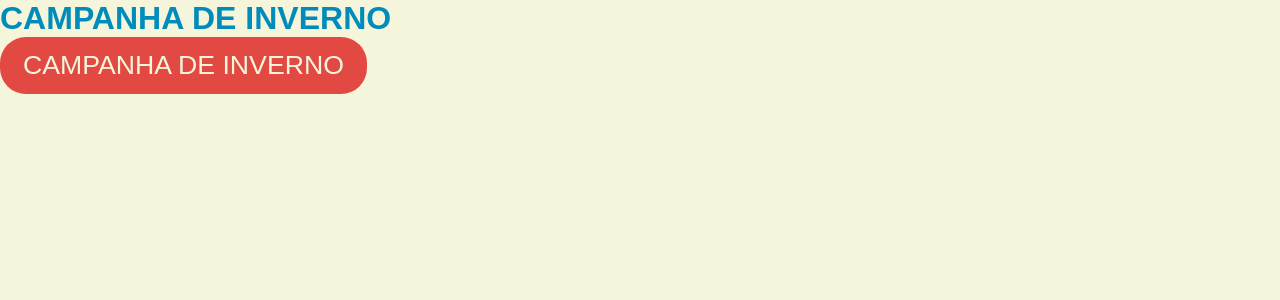
Repository: adrtrvs/qrcodeong
Page: campaignall.html
The author's editor kept a copy of each file at every save. The page is drawn from the files as they stood at one save, then again after the next save.
The browser window is 1280 px wide. The pictures show the whole page.
Some web fonts or font styles are not loaded; a fallback is used.

Above is the page before, as saved 2023-05-26 09:47:19.

### campaignall.html
<!DOCTYPE html>
<html lang="pt-br">
  <head>
    <meta charset="UTF-8" />
    <meta http-equiv="X-UA-Compatible" content="IE=edge" />
    <meta name="viewport" content="width=device-width, initial-scale=1.0" />
    <link
      href="./files/logofavifinal.jpeg"
      rel="shortcut icon"
      type="image/x-icon"
    />
    <link rel="stylesheet" href="style.css" />
    <title>Campanha de inverno</title>
  </head>
  <body>
    <h1>Campanha de inverno</h1>
    <button class="campaignbutton">
      <a href="#" target="_blank">Campanha de Inverno</a>
  </body>
</html>

### style.css
@import url('https://fonts.googleapis.com/css2?family=Courgette&display=swap');
@import url('https://fonts.googleapis.com/css2?family=Indie+Flower&display=swap');
@import url('https://fonts.googleapis.com/css2?family=Cuprum:wght@500&display=swap');
* {
  padding: 0;
  margin: 0;
}
@keyframes animate {
  0% {
    opacity: 0;
  }

  50% {
    opacity: 1;
  }

  100% {
    opacity: 0;
  }
}

body {
  background-color: #f5f5dc;
  background-repeat: no-repeat;
  background-size: cover;
  width: 100%;
}

header img {
  width: 100%;
}

header p {
  color: black;
  text-align: center;
  font-size: 18px;
  margin: 10px;
  font-family: 'Cuprum', sans-serif;
}

/*FONTES*/

h1,
h2,
h3 {
  color: #008cba;
  text-transform: uppercase;
  font-family: 'Cuprum', sans-serif;
}

/* MENU INDEX */

.menu h2 {
  background-color: #008cba;
  text-align: center;
  font-size: 18px;
  margin: 5px;
  padding: 5px;
  color: whitesmoke;
  font-family: 'Cuprum', sans-serif;
}

.menu h3 {
  font-size: 16px;
  margin-bottom: 5px;
  font-family: 'Cuprum', sans-serif;
}

/* LISTA INDEX */

ul li {
  display: flex;
  justify-content: space-between;
  padding: 16px;
  border-bottom: 1px solid rgba(0, 0, 0, 0.1);
}

/* PARAGRAFOS INDEX*/

.details {
  padding: 5px;
  color: #008cba;
  font-family: 'Cuprum', sans-serif;
}

/*BOTAO INDEX*/

._link {
  background-color: #008cba;
  border: none;
  padding: 13px 23px;
  border-radius: 26px;
  align-self: flex-start;
}

.submenu button a {
  text-decoration: none;
  font-size: 14px;
  color: whitesmoke;
  white-space: nowrap;
  font-family: 'Cuprum', sans-serif;
}

._link:hover {
  background-color: #cbf305;
  transition-duration: 0.4s;
}

.botaocomprov {
  background-color: #4caf50;
  border: none;
  padding: 13px 23px;
  border-radius: 26px;
}
.botaocomprov:hover {
  background-color: #cbf305;
  transition-duration: 0.4s;
}
.botaocomprov a {
  text-decoration: none;
  font-size: 14px;
  color: whitesmoke;
  white-space: nowrap;
  font-family: 'Cuprum', sans-serif;
}
/* PIX ONG  */
._pix {
  color: black;
  padding: 20px;
  text-align: center;
}
.qrcodepixong {
  display: flex;
  flex-direction: column;
  align-items: center;
  background-color: whitesmoke;
}
.qrcodepixong img {
  max-width: -webkit-fill-available;
}

/* TROCO SOLIDÁRIO */

div.trocorockn {
  display: flex;
  flex-direction: column;
  align-items: center;
  background-color: whitesmoke;
}
.trocorockn img {
  max-width: -webkit-fill-available;
}
.ultroco li {
  text-align: center;
  font-family: 'Cuprum', sans-serif;
  color: #008cba;
}

/*BOTÃO CAMPANHAS*/

.campaignbutton {
  background-color: rgba(219, 10, 10, 0.73);
  border: none;
  padding: 13px 23px;
  border-radius: 26px;
}

.campaignbutton a {
  text-decoration: none;
  text-transform: uppercase;
  font-size: 2em;
  color: #f5f5dc;
  animation: animate 2s linear infinite;
  font-family: 'Cuprum', sans-serif;
}

/* .bcampaign {
  padding: 8px 15px;
  border-radius: 26px;
  border: none;
  background-color: #008cba;
}

.bcampaign:hover {
  background-color: #cbf305;
  transition-duration: 0.4s;
} */
/* CAMPAIGN*/

/* campaignvid {
  display: flex;
  flex-direction: column;
  align-items: center;
 */

/* .buttoncampaignaj {
  padding: 8px 15px;
  border-radius: 26px;
  border: none;
  background-color: #008cba;
  margin: 20px;
}

.buttoncampaignaj a {
  text-decoration: none;
  text-transform: uppercase;
  font-size: 2em;
  color: whitesmoke;
  animation: animate 3s linear infinite;
}

.buttoncampaignaj:hover {
  background-color: #4caf50;
  transition-duration: 0.4s;
}

.titlecampaing {
  text-align: center;
  color: rgba(0, 0, 0, 0.9);
}

.campaigndescription {
  font-size: 16px;
  color: rgba(0, 0, 0, 0.8);
  padding: 16px;
  text-align: center;
  justify-content: space-between;
} */

After the next save:
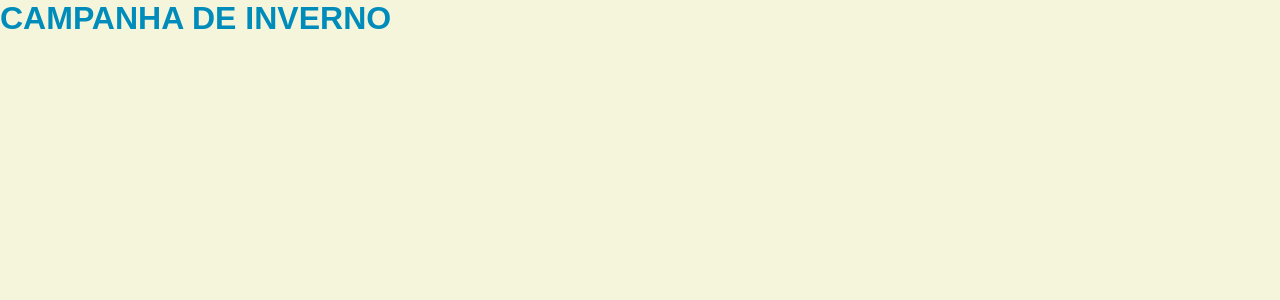
Saved 13 s later.
--- a/campaignall.html
+++ b/campaignall.html
@@ -14,7 +14,5 @@
   </head>
   <body>
     <h1>Campanha de inverno</h1>
-    <button class="campaignbutton">
-      <a href="#" target="_blank">Campanha de Inverno</a>
   </body>
 </html>
